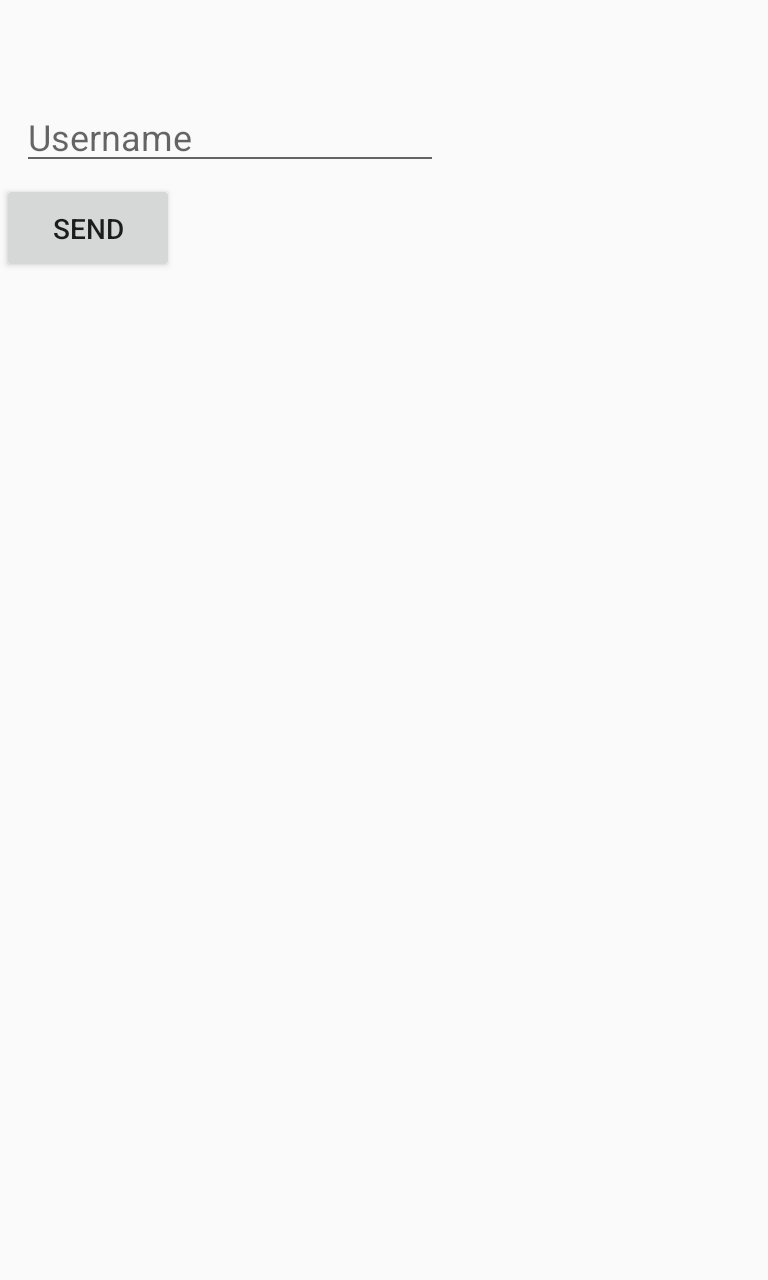
Repository: Sagarsaurus/Ecco
Layout: Ecco/res/layout/activity_home.xml
An editor plug-in stored every save of this project. The layout is shown before and after the next save, followed by the edit.
It is drawn on a 768 x 1280 px phone screen (xhdpi) without system bars, with theme AppTheme; the app's code is not run.

Above is the layout before, as saved 2014-11-17 02:32:08.

### Ecco/res/layout/activity_home.xml
<!-- A DrawerLayout is intended to be used as the top-level content view using match_parent for both width and height to consume the full space available. --><android.support.v4.widget.DrawerLayout xmlns:android="http://schemas.android.com/apk/res/android"
    xmlns:tools="http://schemas.android.com/tools"
    android:id="@+id/drawer_layout"
    android:layout_width="match_parent"
    android:layout_height="match_parent"
    tools:context="com.application.ecco.HomeActivity" >

    <!--
         As the main content view, the view below consumes the entire
         space available using match_parent in both dimensions.
    -->



    <FrameLayout
        android:id="@+id/container"
        android:layout_width="match_parent"
        android:layout_height="match_parent" >

    <EditText
        android:id="@+id/sendFriendRequest"
        android:layout_width="wrap_content"
        android:layout_height="wrap_content"
        android:layout_marginTop="46dp"
        android:layout_marginLeft="10dp"
        android:ems="10"
        android:hint="@string/Username"/>

        <Button
            android:id="@+id/sendRequest"
            android:layout_width="wrap_content"
            android:layout_height="wrap_content"
            android:layout_marginTop="90dp"
            android:onClick="sendRequest"
            android:text="Send" />

    </FrameLayout>

    <!--
         android:layout_gravity="start" tells DrawerLayout to treat
         this as a sliding drawer on the left side for left-to-right
         languages and on the right side for right-to-left languages.
         If you're not building against API 17 or higher, use
         android:layout_gravity="left" instead.
    -->
    <!--
         The drawer is given a fixed width in dp and extends the full height of
         the container.
    -->

    <fragment
        android:id="@+id/navigation_drawer"
        android:name="com.application.ecco.NavigationDrawerFragment"
        android:layout_width="@dimen/navigation_drawer_width"
        android:layout_height="match_parent"
        android:layout_gravity="start"
        tools:layout="@layout/fragment_navigation" />

</android.support.v4.widget.DrawerLayout>

### Ecco/res/values/strings.xml
<?xml version="1.0" encoding="utf-8"?>
<resources>

    <string name="app_name">Ecco</string>
    <string name="hello_world">Hello world!</string>
    <string name="action_settings">Settings</string>
    <string name="Username">Username</string>
    <string name="Password">Password</string>
    <string name="Login">Login</string>
    <string name="createUser">Create User</string>
    <string name="title_activity_home">HomeActivity</string>
    <string name="title_section1">Section 1</string>
    <string name="title_section2">Section 2</string>
    <string name="title_section3">Section 3</string>
    <string name="navigation_drawer_open">Open navigation drawer</string>
    <string name="navigation_drawer_close">Close navigation drawer</string>
    <string name="action_example">Example action</string>
    <string name="title_activity_create_user">CreateUserActivity</string>
    <string name="Email">Email</string>
    <string name="Phone">Phone</string>
    <string name="emailhint">user@email.com</string>
    <string name="phonehint">123-456-7890</string>

</resources>

### Ecco/res/layout/fragment_navigation.xml
<ListView xmlns:android="http://schemas.android.com/apk/res/android"
    xmlns:tools="http://schemas.android.com/tools"
    android:layout_width="match_parent"
    android:layout_height="match_parent"
    android:background="#cccc"
    android:choiceMode="singleChoice"
    android:divider="@android:color/transparent"
    android:dividerHeight="0dp"
    tools:context="com.application.ecco.NavigationDrawerFragment" />

Loaded but not shown: Ecco/res/values/styles.xml (common file); Ecco/res/values-v11/styles.xml (common file); Ecco/res/values-v14/styles.xml (common file); Ecco/res/values/dimens.xml (common file)

After the next save:
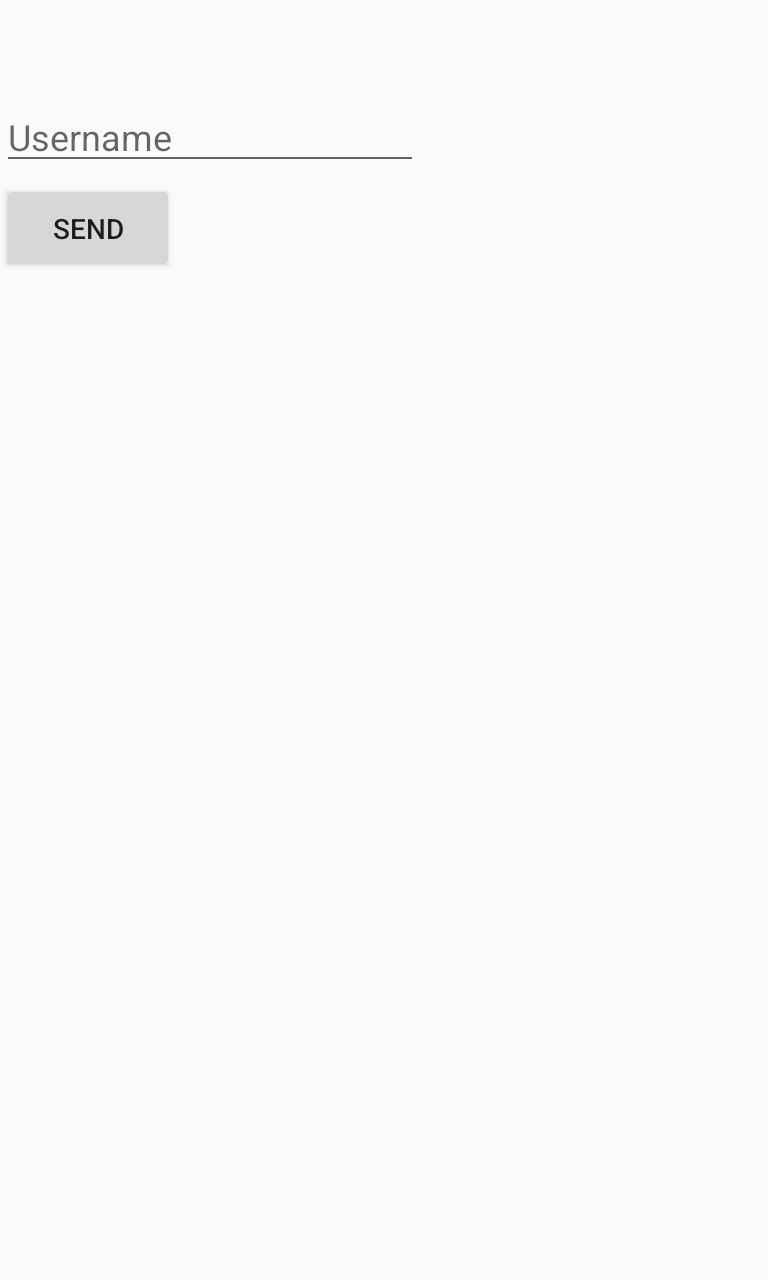
Saved 8 s later.
--- a/Ecco/res/layout/activity_home.xml
+++ b/Ecco/res/layout/activity_home.xml
@@ -22,7 +22,6 @@
         android:layout_width="wrap_content"
         android:layout_height="wrap_content"
         android:layout_marginTop="46dp"
-        android:layout_marginLeft="10dp"
         android:ems="10"
         android:hint="@string/Username"/>
 
